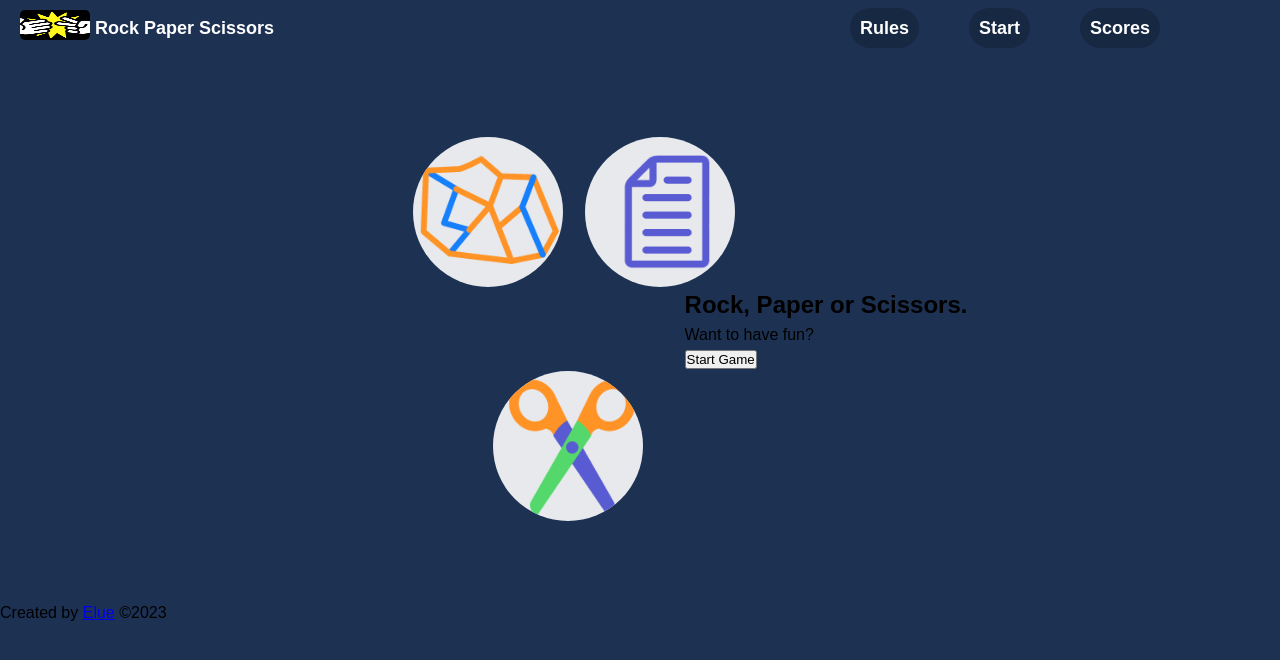
Repository: MikkyPrestige/rock-paper-scissors
Page: index.html
These files come from the project's save history. The page is drawn as it stood at one moment and after the next save; the edit follows.
The browser window is 1280 px wide. The pictures show the whole page.

Above is the page before, as saved 2023-05-08 04:52:36.

### index.html
<!DOCTYPE html>
<html lang="en">

<head>
  <meta charset="UTF-8">
  <meta http-equiv="X-UA-Compatible" content="IE=edge">
  <meta name="viewport" content="width=device-width, initial-scale=1.0">
  <title>Rock, Paper or Scissors Game</title>
  <link rel="stylesheet" href="./index.css">
  <!-- <script src="./index.js" defer></script> -->
</head>

<body>
  <main>
    <header>
      <figure>
        <a href="/">
          <img src="./img/logo.png" alt="Logo" class="logo">
        </a>
        <figcaption>Rock Paper Scissors</figcaption>
      </figure>
      <nav>
        <ul>
          <li><a href="#">Rules</a></li>
          <li><a href="#">Start</a></li>
          <li><a href="#">Scores</a></li>
        </ul>
      </nav>
    </header>
    <section class="home">
      <div class="images">
        <img src="./img/Rock.gif" alt="Rock image" class="img rock">
        <img src="./img/Paper.gif" alt="Paper image" class="img paper">
        <img src="./img/Scissors.gif" alt="Scissors image" class="img scissors">
      </div>
      <div class="content">
        <h1><span class="content-rock">Rock,</span> Paper or <span class="content-scissors">Scissors.</span></h1>
        <p>Want to have <span>fun?</span></p>
        <button type="submit" class="btn">Start Game</button>
      </div>
    </section>

    <footer>
      <p>Created by <a href="#" target="_blank">Elue</a> &copy;2023</p>
    </footer>
  </main>
</body>

</html>

### index.css
*,
*::after,
*::before {
  box-sizing: border-box;
  margin: 0;
  padding: 0;
}

html {
  font-size: 62.5%;
}

body {
  font-family: "Fira Sans", sans-serif;
  font-size: 1.6rem;
  line-height: 1.5;
  background: rgba(29, 50, 83, 1);
  width: 100%;
  height: 100%;
}

main {
  display: flex;
  flex-direction: column;
  justify-content: center;
  gap: 2rem;
  height: 100%;
  width: 100%;
}

header {
  display: flex;
  justify-content: space-between;
  align-items: center;
  padding: 1rem 2rem;
  width: 100%;
  height: auto;
}

figure {
  display: flex;
  align-items: center;
  gap: .5rem;
  height: auto;
}

.logo {
  width: 7rem;
  height: 3rem;
  border-radius: .5rem;
  -webkit-border-radius: .5rem;
  -moz-border-radius: .5rem;
  -ms-border-radius: .5rem;
  -o-border-radius: .5rem;
}

figcaption {
  font-size: 1.8rem;
  font-weight: 600;
  color: rgba(255, 255, 255, 1);
}

nav {
  height: auto;
  margin-right: 10rem;
}

ul {
  display: flex;
  justify-content: center;
  align-items: center;
  gap: 5rem;
  list-style: none;
}

li a {
  font-size: 1.8rem;
  font-weight: 600;
  color: rgba(255, 255, 255, 1);
  background: linear-gradient(0deg, rgba(0, 0, 0, 0.2), rgba(0, 0, 0, 0.2)), #1D3253;
  text-decoration: none;
  padding: 1rem;
  border-radius: 2rem;
}

li a:hover {
  background: rgba(255, 255, 255, 1);
  color: rgba(29, 50, 83, 1);
  text-decoration: underline;
}

.home {
  display: flex;
  justify-content: center;
  align-items: center;
  padding: 1rem 2rem;
  width: 100%;
  height: 70vh;
}

.images {
  position: relative;
  height: 100%;
  flex-basis: 30%;
}

.img {
  background: rgba(253, 253, 253, 0.9);
  border-radius: 50%;
  -webkit-border-radius: 50%;
  -moz-border-radius: 50%;
  -ms-border-radius: 50%;
  -o-border-radius: 50%;
  width: 15rem;
  height: 15rem;
}

.rock {
  position: absolute;
  top: 5rem;
  left: 10rem;
}

.paper {
  position: absolute;
  top: 5rem;
  right: -5rem;
}

.scissors {
  position: absolute;
  bottom: 5rem;
  left: 18rem;
}

After the next save:
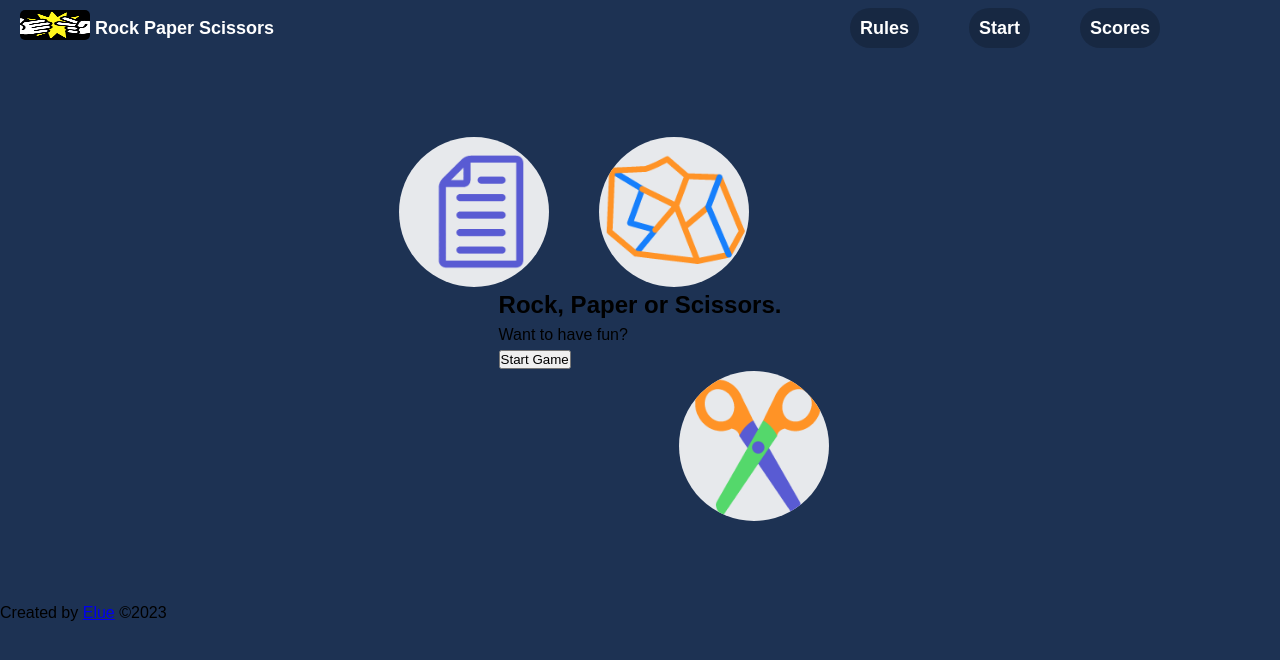
Saved 27 s later.
--- a/index.css
+++ b/index.css
@@ -101,7 +101,7 @@ li a:hover {
 .images {
   position: relative;
   height: 100%;
-  flex-basis: 30%;
+  /* flex-basis: 30%; */
 }
 
 .img {

After the save that followed:
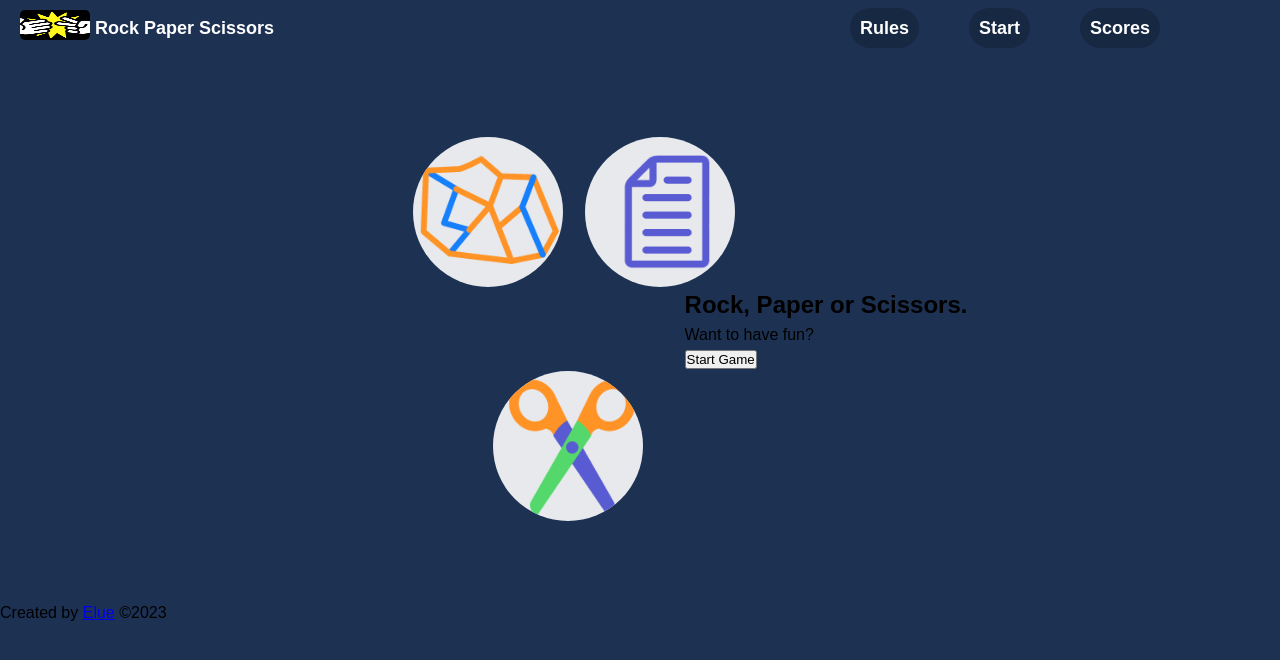
Saved 5 s later.
--- a/index.css
+++ b/index.css
@@ -101,7 +101,7 @@ li a:hover {
 .images {
   position: relative;
   height: 100%;
-  /* flex-basis: 30%; */
+  flex-basis: 30%;
 }
 
 .img {
